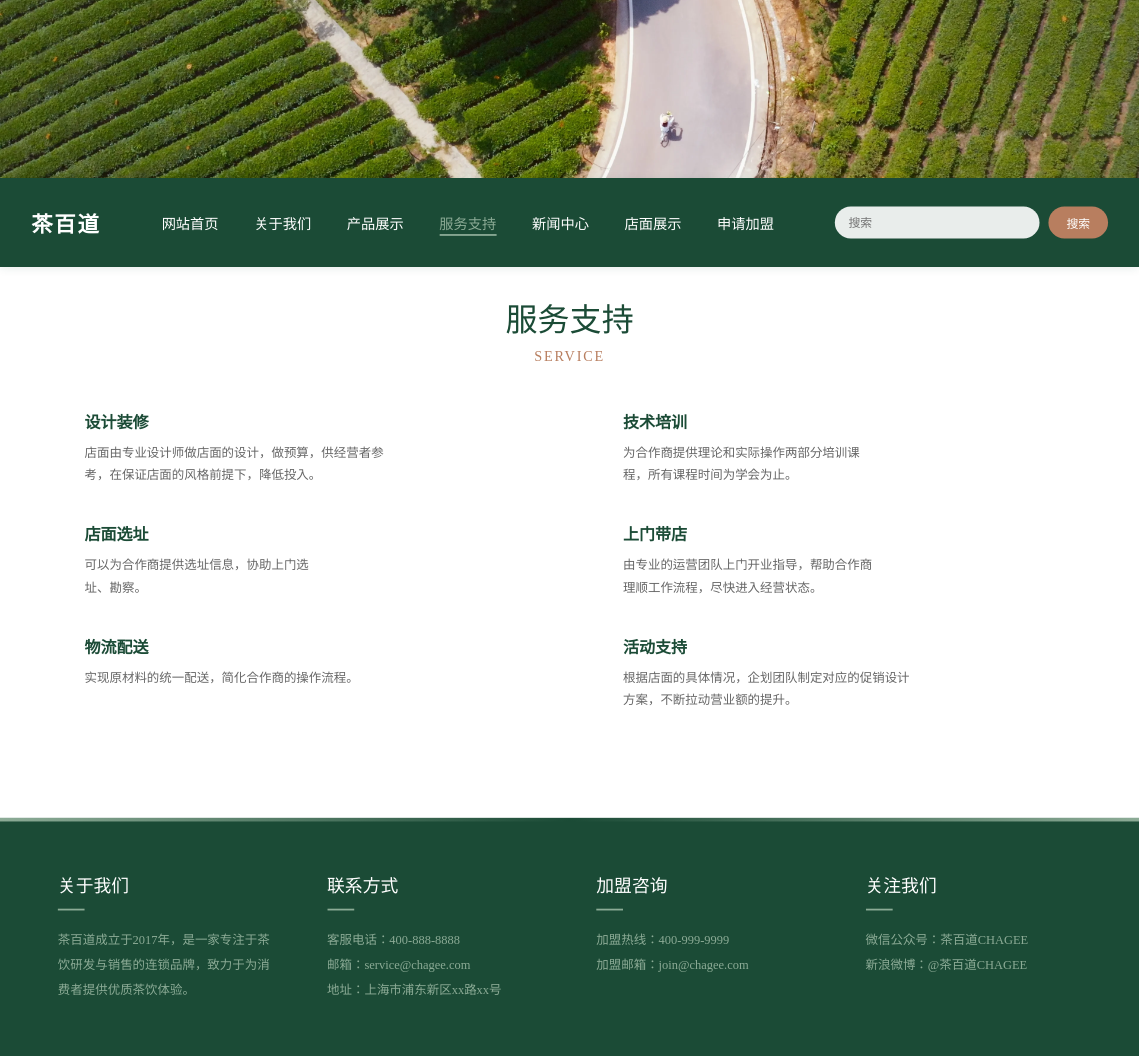
Repository: huang-heavenly-Emperor/chabaidao
Page: service.html
An editor plug-in stored every save of this project. The page is shown before and after the next save, followed by the edit.
The browser window is 1280 px wide. The pictures show the whole page, at 89% of full size.

Above is the page before, as saved 2024-12-13 19:23:56.
Not found: css/pages/images/service/dian1.png
Not found: css/pages/images/service/dian3.png
Not found: css/pages/images/service/dian4.png

After the next save:
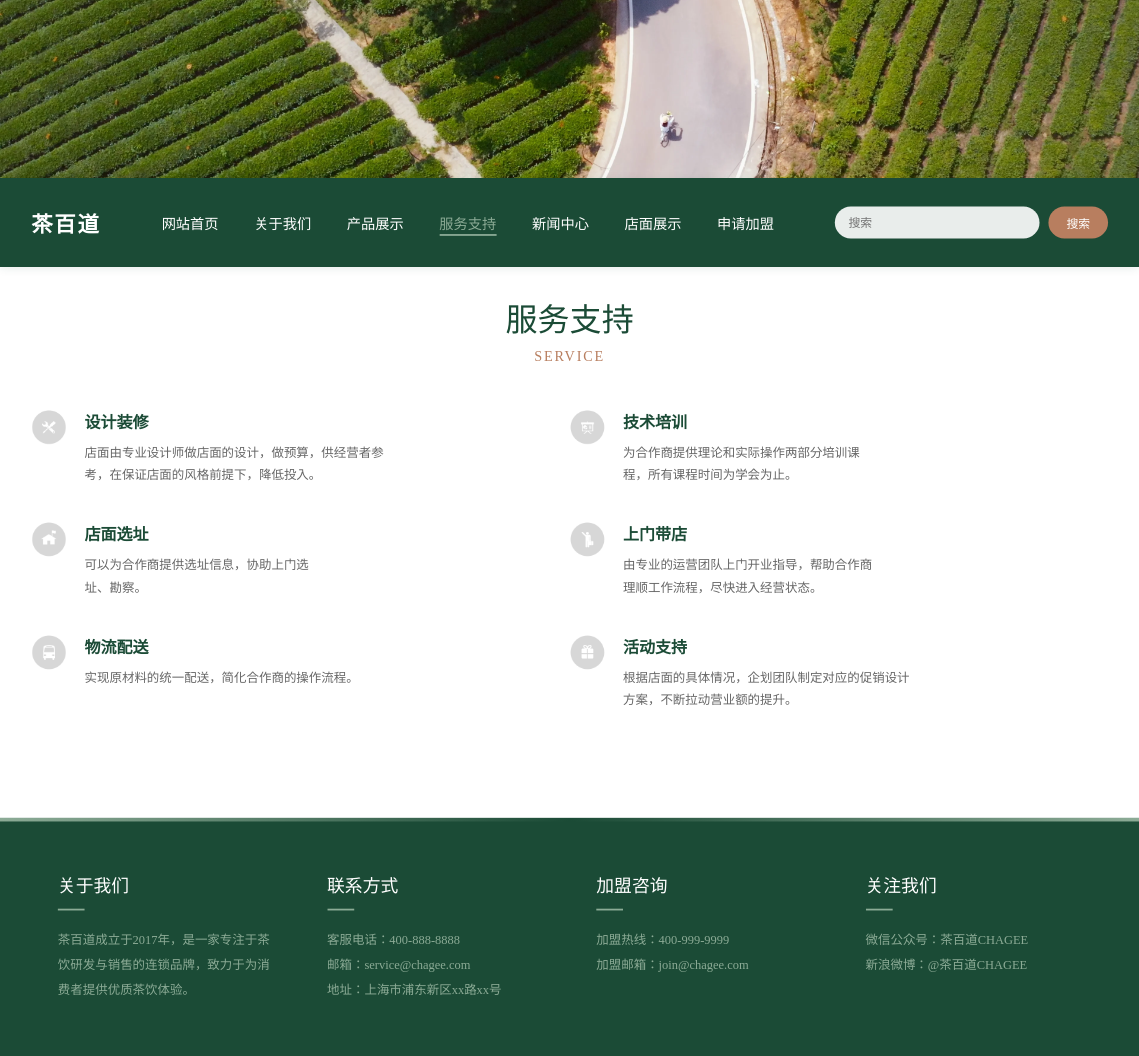
Saved 16 s later.
--- a/css/pages/service.css
+++ b/css/pages/service.css
@@ -49,12 +49,12 @@
     background-size: 40px;
 }
 
-.dian1 { background-image: url('./images/service/dian1.png'); }
-.dian2 { background-image: url('./images/service/hdian2.png'); }
-.dian3 { background-image: url('./images/service/dian3.png'); }
-.dian4 { background-image: url('./images/service/dian4.png'); }
-.dian5 { background-image: url('./images/service/dian5.png'); }
-.dian6 { background-image: url('./images/service/dian6.png'); }
+.dian1 { background-image: url('../../images/service/dian1.png'); }
+.dian2 { background-image: url('../../images/service/hdian2.png'); }
+.dian3 { background-image: url('../../images/service/dian3.png'); }
+.dian4 { background-image: url('../../images/service/dian4.png'); }
+.dian5 { background-image: url('../../images/service/dian5.png'); }
+.dian6 { background-image: url('../../images/service/dian6.png'); }
 
 /* 文字样式 */
 .service-left li h3, .service-right li h3 {
